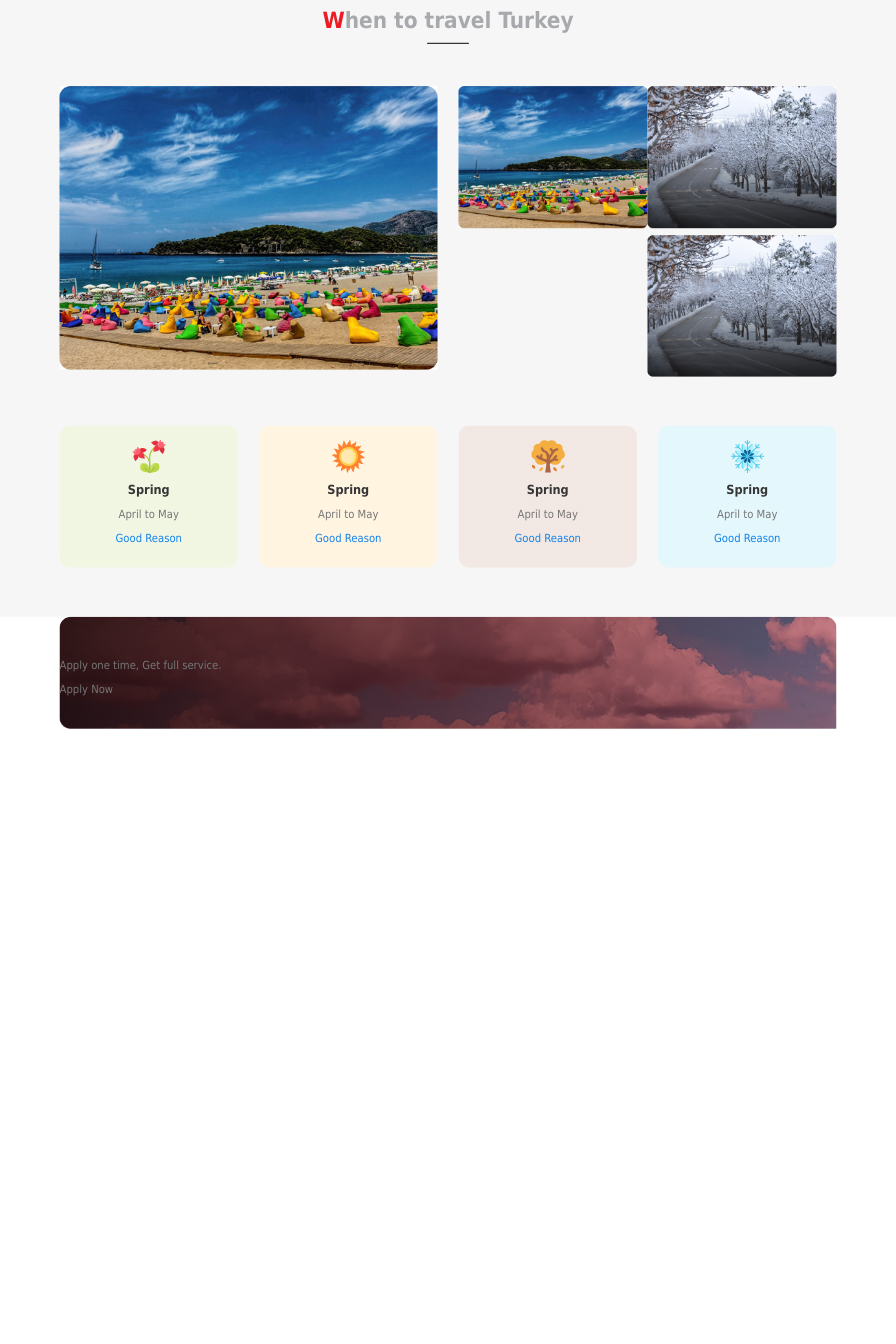
Repository: cvminhquan/turkey
Page: index.html
An editor plug-in stored every save of this project. The page is shown before and after the next save, followed by the edit.
The browser window is 1280 px wide. The pictures show the part of the page from y = 2930 to 4850 px (the page is 30000 px tall), at 70% of full size.
The style sheet was rebuilt from its Sass, Less or Tailwind sources for each picture, by a compiler version that may differ from the author's.

Above is the page before, as saved 2022-09-15 22:36:14.

After the next save:
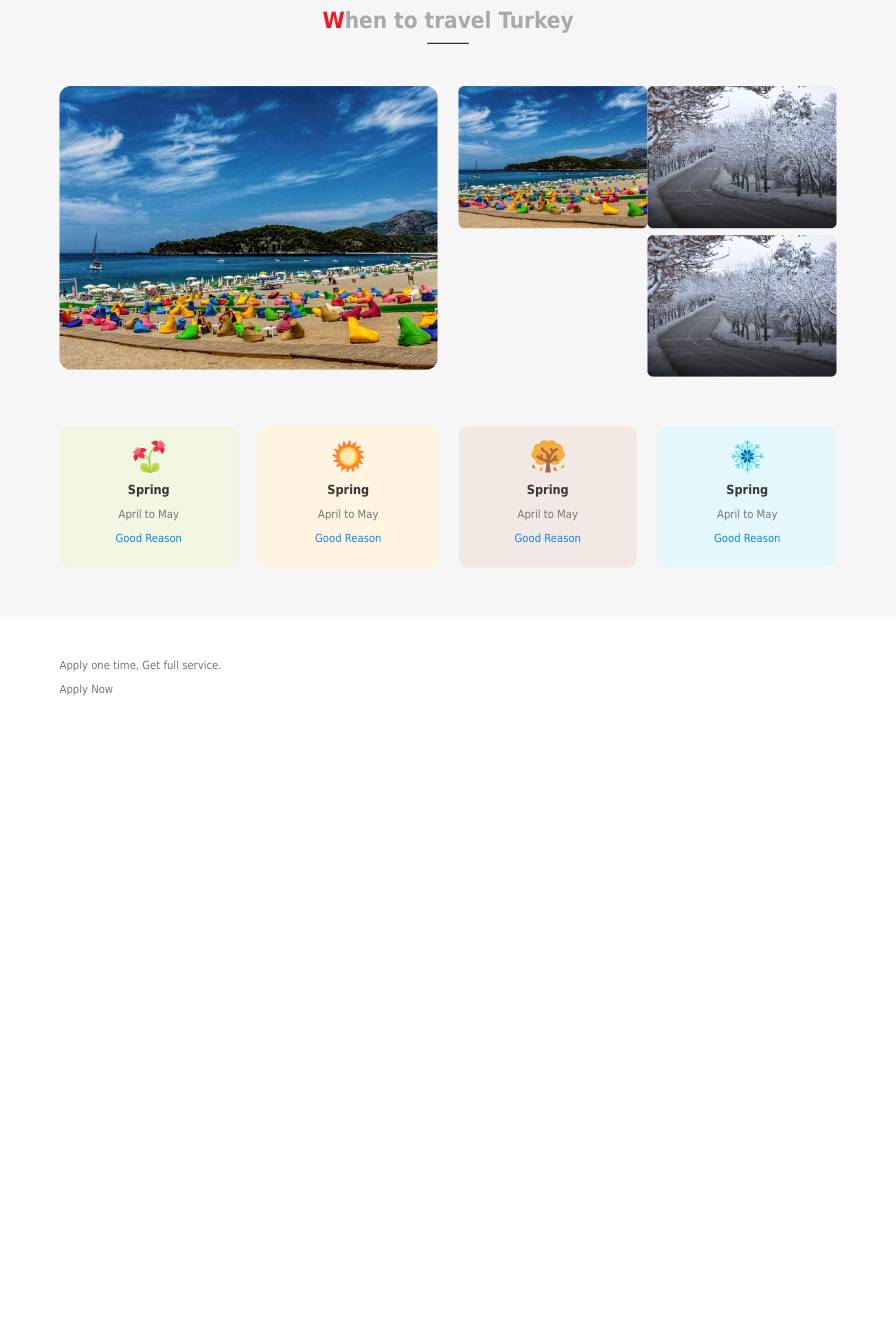
Saved 33 s later.
--- a/scss/main.scss
+++ b/scss/main.scss
@@ -215,5 +215,5 @@ header {}
 //section whychooseus
 .ad-infor {
     padding: 58px 0;
-    background: url(../images/img-ad.jpg) no-repeat;
-}
+    // background: url(../images/img-ad.jpg) no-repeat;
+}
